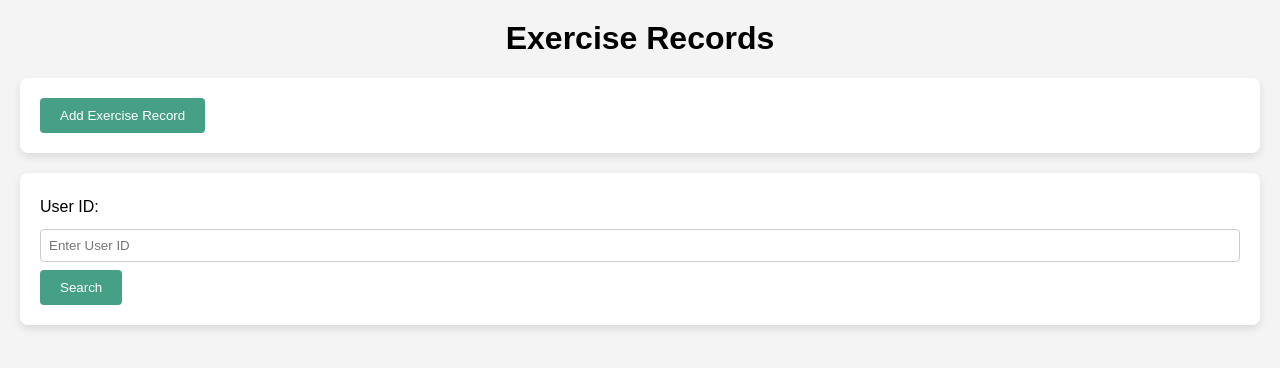
Repository: zilxhasu/eeit94-topic2
Page: http://localhost/topic2/jsp/fitness/index.jsp
An editor plug-in stored every save of this project. The page is shown before and after the next save, followed by the edit.
The browser window is 1280 px wide. The pictures show the whole page.
The pointer rests on the first visible `button`.
The page is served by Tomcat 10.

Above is the page before, as saved 2025-02-23 15:31:20.

After the next save:
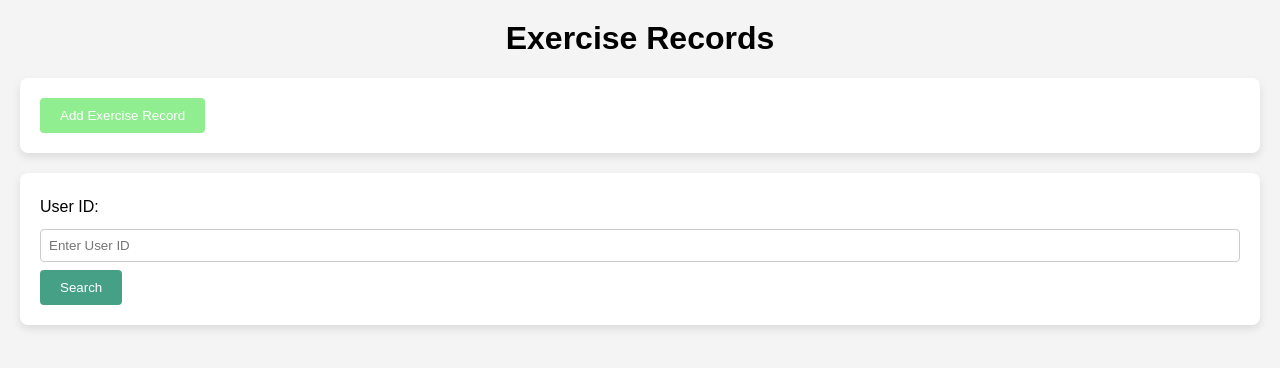
Saved 51 s later.
--- a/topic2/src/main/webapp/jsp/fitness/index.jsp
+++ b/topic2/src/main/webapp/jsp/fitness/index.jsp
@@ -54,7 +54,7 @@
         }
 
         button:hover {
-            background-color: #45a086;
+            background-color: lightgreen;
         }
     </style>
 </head>
